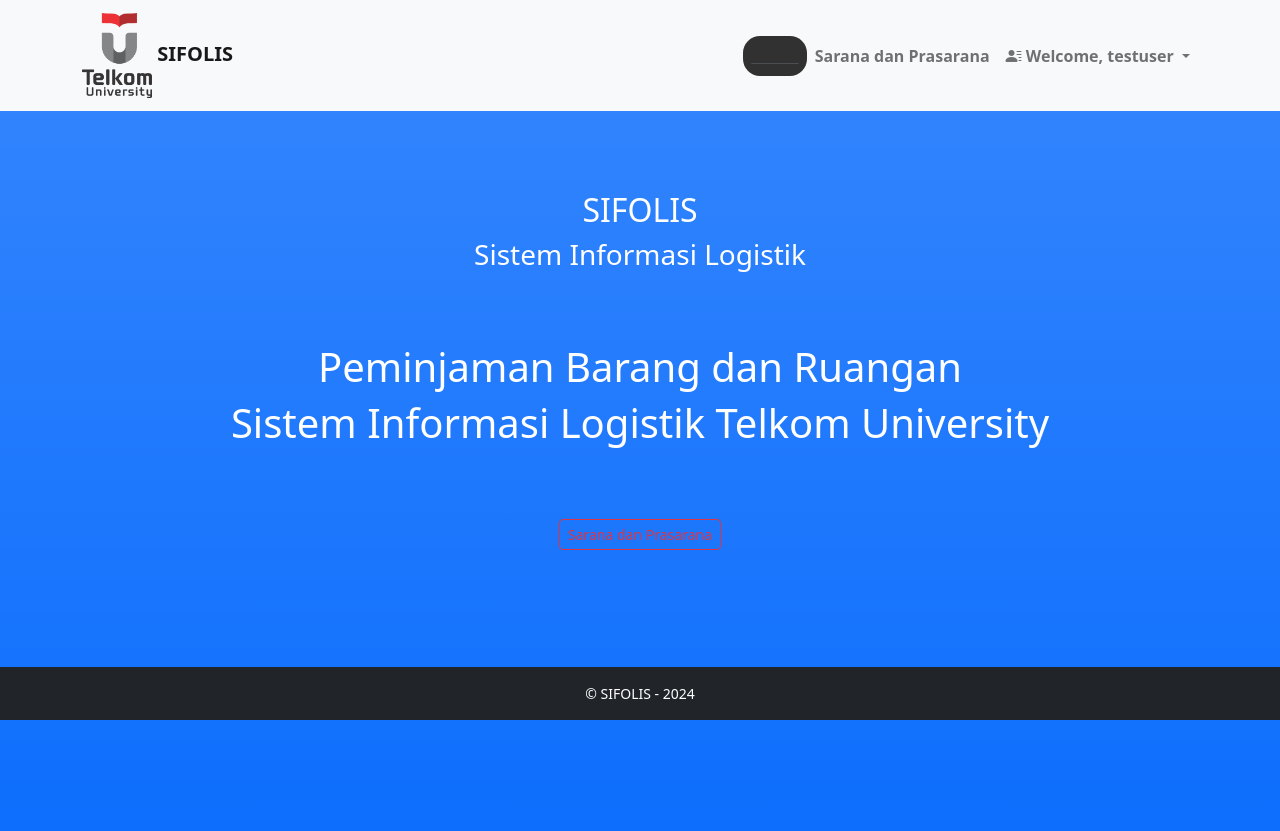
Repository: Audi87/uas_framework
Page: http://localhost/
The author's editor kept a copy of each file at every save. The page is drawn from the files as they stood at one save, then again after a run of saves.
The browser window is 1280 px wide. The pictures show the whole page.
The pointer rests on the first visible `nav ul li`.
Some web libraries are served in a nearby version. The page is served by the project's Laravel application, run on PHP 8.4 with Laravel 10. A made-up administrator, Test User (test@example.com), is signed in. Other server files are loaded and not shown.

Above is the page before, as saved 2024-06-13 20:30:28.

### routes/web.php
<?php

use App\Http\Controllers\{
    BarangController, ContactController, CustumerController, DataPeminjamanController, HistoryController,
    Home, LoginController, PeminjamanController, ProfilController, RegistrasiController,
    SaranaDanPrasaranaController, AdminController
};
use Illuminate\Support\Facades\Route;


Route::get('/', [Home::class, 'index'])->middleware('auth');

Route::get('/login', [LoginController::class, 'index'])->name('login')->middleware('guest');
Route::post('/login', [LoginController::class, 'login']);
Route::post('/logout', [LoginController::class, 'logout']);

Route::get('/registrasi', [RegistrasiController::class, 'index'])->middleware('guest');
Route::post('/registrasi', [RegistrasiController::class, 'registrasi']);

Route::get('/dashboard', function() {
    return view('dashboard.index', ['title' => 'Dashboard Admin']);
})->middleware('admin');

Route::get('/profil/{user:id}', [ProfilController::class, 'index'])->middleware('auth');

Route::get('/sarana dan prasarana', [SaranaDanPrasaranaController::class, 'index'])->middleware('auth');
Route::resource('/sarana-prasarana', BarangController::class)->middleware('admin');

Route::get('/peminjaman/{barang:id}', [PeminjamanController::class, 'index'])->middleware('auth');
Route::post('/peminjaman/{barang:id}', [PeminjamanController::class, 'peminjaman'])->middleware('auth');

Route::get('/history/{user:id}', [HistoryController::class, 'index'])->middleware('auth');

Route::get('/kembalikan/{id}', [PeminjamanController::class, 'kembalikan'])->middleware('auth');
Route::get('/detail-peminjaman/{id}', [PeminjamanController::class, 'detailPeminjaman'])->middleware('auth');

Route::get('/category/{id}', [SaranaDanPrasaranaController::class, 'category'])->middleware('auth');

Route::get('/custumer', [CustumerController::class, 'index'])->middleware('admin');
Route::get('/custumer/{user:id}', [CustumerController::class, 'detail'])->middleware('admin');

Route::get('/data-peminjaman', [DataPeminjamanController::class, 'index'])->middleware('admin');
Route::get('/data-peminjaman/{id}', [DataPeminjamanController::class, 'detail'])->middleware('admin');

Route::get('/contact', [ContactController::class, 'index'])->middleware('auth');

### app/Models/User.php
<?php

namespace App\Models;

// use Illuminate\Contracts\Auth\MustVerifyEmail;
use Illuminate\Database\Eloquent\Factories\HasFactory;
use Illuminate\Foundation\Auth\User as Authenticatable;
use Illuminate\Notifications\Notifiable;
use Laravel\Sanctum\HasApiTokens;

class User extends Authenticatable
{
    use HasApiTokens, HasFactory, Notifiable;

    /**
     * The attributes that are mass assignable.
     *
     * @var array<int, string>
     */
    // protected $fillable = [
    //     'name',
    //     'email',
    //     'password',
    // ];

    /**
     * The attributes that should be hidden for serialization.
     *
     * @var array<int, string>
     */
    protected $hidden = [
        'password',
        'remember_token',
    ];

    /**
     * The attributes that should be cast.
     *
     * @var array<string, string>
     */
    protected $casts = [
        'email_verified_at' => 'datetime',
    ];

    protected $guarded = ['id'];

    public function peminjaman(){
        return $this->belongsTo(Peminjaman::class);
    }
}

### app/Http/Controllers/Home.php
<?php

namespace App\Http\Controllers;

use Illuminate\Http\Request;

class Home extends Controller
{
    //function untuk menampilkan view home
    public function index(){
        return view('index', [
            'title' => 'Home'
        ]);
    }
}

### resources/views/index.blade.php
<!doctype html>
<html lang="en">

<head>
    <meta charset="utf-8">
    <meta name="viewport" content="width=device-width, initial-scale=1">
    <title>{{ $title }}</title>

    <link href="https://cdn.jsdelivr.net/npm/bootstrap@5.2.0/dist/css/bootstrap.min.css" rel="stylesheet"
        integrity="sha384-gH2yIJqKdNHPEq0n4Mqa/HGKIhSkIHeL5AyhkYV8i59U5AR6csBvApHHNl/vI1Bx" crossorigin="anonymous">

    {{-- Styel Css Home --}}
    <link rel="stylesheet" href="/css/style.css">

    {{-- Link Icons Bootstrap --}}
    <link rel="stylesheet" href="https://cdn.jsdelivr.net/npm/bootstrap-icons@1.9.1/font/bootstrap-icons.css">

    {{-- Link Animtion Aos --}}
    <link rel="stylesheet" href="https://unpkg.com/aos@next/dist/aos.css" />

</head>

<body>

    @include('navbar.navbar')

    <div class="container-fluid bg-primary bg-gradient" id="container-fluid">
        <div class="container1">

            <div class="row py-3 text-center">
                <div class="col-lg-4 offset-lg-4 col-md-6 offset-md-3 col-sm-8 offset-sm-2 col-12 mt-3">
                    @if (session()->has('success'))
                        {{-- Alert --}}
                        <div class="alert alert-success" role="alert">
                            <strong>{{ session('success') }}</strong>
                        </div>
                        {{-- End alert --}}
                    @endif
                </div>
            </div>

            <div class="row py-3 text-center text-white">
                <div class="col-lg-12 mt-3">
                    <h2>SIFOLIS</h2>
                    <h3>Sistem Informasi Logistik</h3>
                </div>
            </div>



            <div class="row text-white text-center d-flex justify-content-center mt-5">
                <div class="col-lg-8">
                    <h1>Peminjaman Barang dan Ruangan<h1>
                            <n>Sistem Informasi Logistik Telkom University
                        </h1>
                        </n>
                </div>
            </div>

            <div class="row py-3 text-center mt-5" data-aos="flip-left" data-aos-duration="2000">
                <div class="col-lg-12">
                    <a href="sarana dan prasarana" class="btn btn-outline-danger btn-sm">Sarana dan Prasarana</a>
                </div>
            </div><br><br><br><br><br><br>

        </div>
    </div>

    @include('footer.footer')

    <script src="https://cdn.jsdelivr.net/npm/bootstrap@5.2.0/dist/js/bootstrap.bundle.min.js"
        integrity="sha384-A3rJD856KowSb7dwlZdYEkO39Gagi7vIsF0jrRAoQmDKKtQBHUuLZ9AsSv4jD4Xa" crossorigin="anonymous">
    </script>

    {{-- Link Jquery --}}
    <script src="js/jquery.js"></script>

    {{-- Link Script Js --}}
    <script src="js/script.js"></script>

    <script src="https://unpkg.com/aos@next/dist/aos.js"></script>
    <script>
        AOS.init();
    </script>

</body>

</html>

### resources/views/navbar/navbar.blade.php
{{-- Navbar --}}
<nav class="navbar navbar-expand-lg bg-light navbar-light">
    <div class="container">
        <a class="navbar-brand" href="/"><img src="img/logo.png" width="70" alt="" data-aos="flip-left"
                data-aos-duration="2000"> SIFOLIS </a>
        <button class="navbar-toggler" type="button" data-bs-toggle="collapse" data-bs-target="#navbarNav"
            aria-controls="navbarNav" aria-expanded="false" aria-label="Toggle navigation">
            <span class="navbar-toggler-icon"></span>
        </button>
        <div class="collapse navbar-collapse" id="navbarNav">
            <ul class="navbar-nav ms-auto">
                <li class="nav-item">
                    <a class="nav-link {{ Request::is('/') ? 'active' : '' }}" aria-current="page"
                        href="/">Home</a>
                </li>
                <li class="nav-item">
                    <a class="nav-link {{ Request::is('sarana dan prasarana') ? 'active' : '' }}" aria-current="page"
                        href="/sarana dan prasarana">Sarana dan Prasarana</a>
                </li>

                @auth
                    <li class="nav-item dropdown">
                        <a class="nav-link dropdown-toggle" href="#" role="button" data-bs-toggle="dropdown"
                            aria-expanded="false">
                            <i class="bi bi-person-lines-fill"></i> Welcome, {{ auth()->user()->username }}
                        </a>
                        <ul class="dropdown-menu">
                            @can('admin')
                                <li><a class="dropdown-item" href="/dashboard">Dashboard Admin</a></li>
                            @endcan
                            <li><a class="dropdown-item" href="/history/{{ auth()->user()->id }}">Peminjaman</a></li>
                            <li><a class="dropdown-item" href="/contact">Contact Us</a></li>
                            <li><a class="dropdown-item" href="/profil/{{ auth()->user()->id }}"><i
                                        class="bi bi-person-lines-fill"></i> My Profil</a></li>
                            <li>
                                <hr class="dropdown-divider">
                            </li>
                            {{-- Form Logout --}}
                            <form action="/logout" method="post">
                                @csrf
                                <button type="submit" class="dropdown-item"
                                    onclick="return confirm('sure want to go out?')"><i class="bi bi-box-arrow-in-left"></i>
                                    Logout</button>
                            </form>
                            {{-- End From --}}
                        </ul>
                    </li>
                @else
                    <li class="nav-item">
                        <a class="nav-link {{ Request::is('login') ? 'active' : '' }}" href="/login"><i
                                class="bi bi-box-arrow-in-right"></i> Login</a>
                    </li>
                @endauth

            </ul>
        </div>
    </div>
</nav>
{{-- End Navbar --}}

### resources/views/footer/footer.blade.php
<div class="container">
    <!-- Konten Halaman di sini -->
</div>
<div class="fixed-bottom">
<footer class="container-fluid bg-dark text-white text-center">
    <div class="container1">
        <div class="row">
            <div class="col-lg-12">
                <small><p class="mt-3">&copy; SIFOLIS - 2024</p></small>
            </div>
        </div>
    </div>
    </div>
</footer>

### public/css/style.css
html, body {
    height: 100%;
    margin: 0;
    background-image: url('/img/sekolah.jpg');
    background-size: cover;
    background-position: center;
    background-repeat: no-repeat;
}

.container-fluid {

    min-height: 100%; /* Pastikan kontainer memiliki tinggi minimal 100% dari tinggi viewport */
}

nav ul li {
    font-weight: bold;
}

nav a {
    font-weight: bold;
}

nav ul li:hover {
    background-color: black;
    opacity: 0.8;
    border-radius: 17px;
    text-decoration: underline;
}

nav {
    position: absolute;
    z-index: 1000;
}

.container {
    display: flex;
    justify-content: flex-end;
    margin-left: auto;
}

.icon-container {
    display: flex;
    gap: 10px; /* Optional: Adds space between the images */
    align-items: center; /* Optional: Aligns images vertically if they are of different sizes */
}

.full-height {
    min-height: 100vh; /* 100% dari tinggi viewport */
}

### public/js/script.js
$(document).ready(function(){


    window.setTimeout(function(){
        $('.alert').fadeTo(300, 0).slideUp(300, function(){
            $(this).remove();
        });
    }, 4000);

    // Js Show password
    $('#flexCheckDefault').click(function(){
        if($(this).is(':checked')){
            $('#password').attr('type', 'text')
        }else{
            $('#password').attr('type', 'password')
        }
    });

});

Loaded but not shown: app/Http/Controllers/Controller.php (common file); public/js/jquery.js (library)

After the next 2 saves:
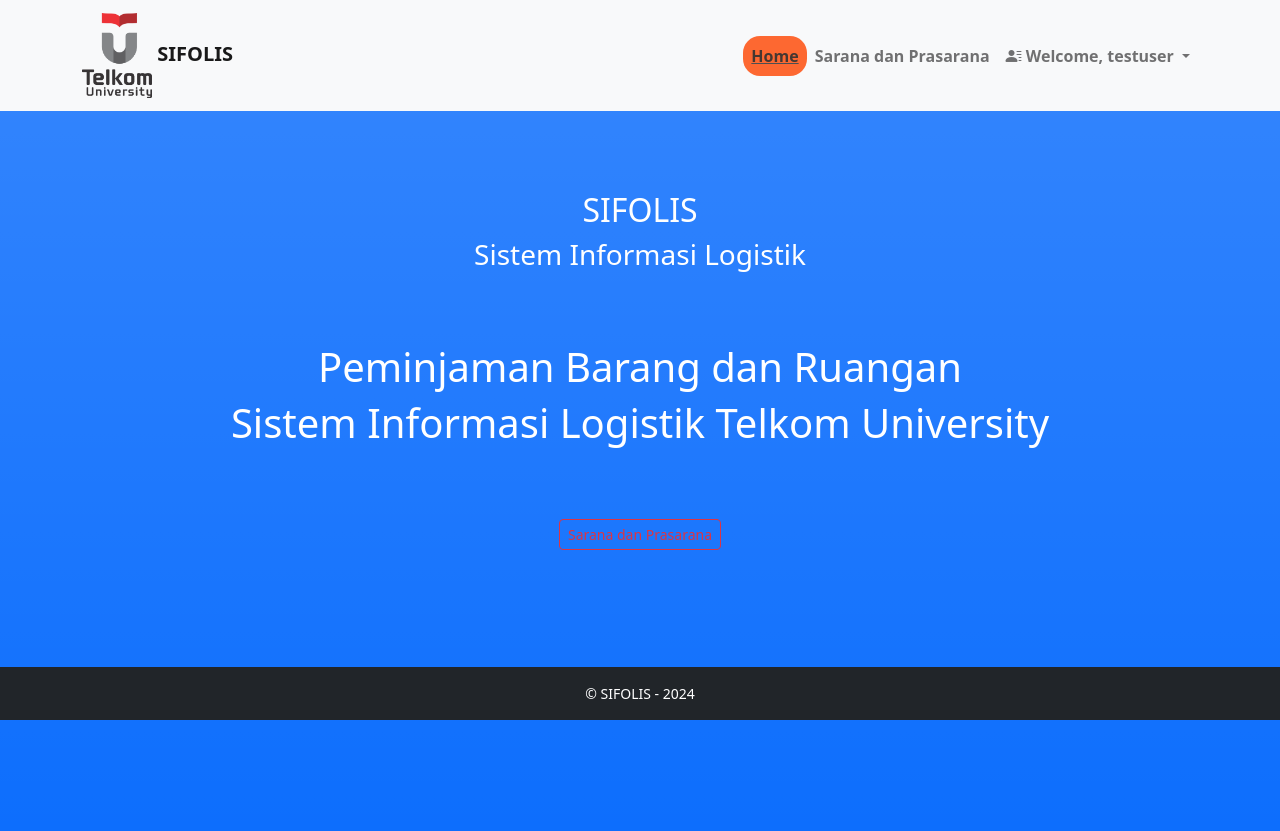
The 2 saves are shown as one change because they came seconds apart.
The last was saved 75 s later.
--- a/public/css/style.css
+++ b/public/css/style.css
@@ -21,7 +21,7 @@
 }
 
 nav ul li:hover {
-    background-color: black;
+    background-color: orangered;
     opacity: 0.8;
     border-radius: 17px;
     text-decoration: underline;
